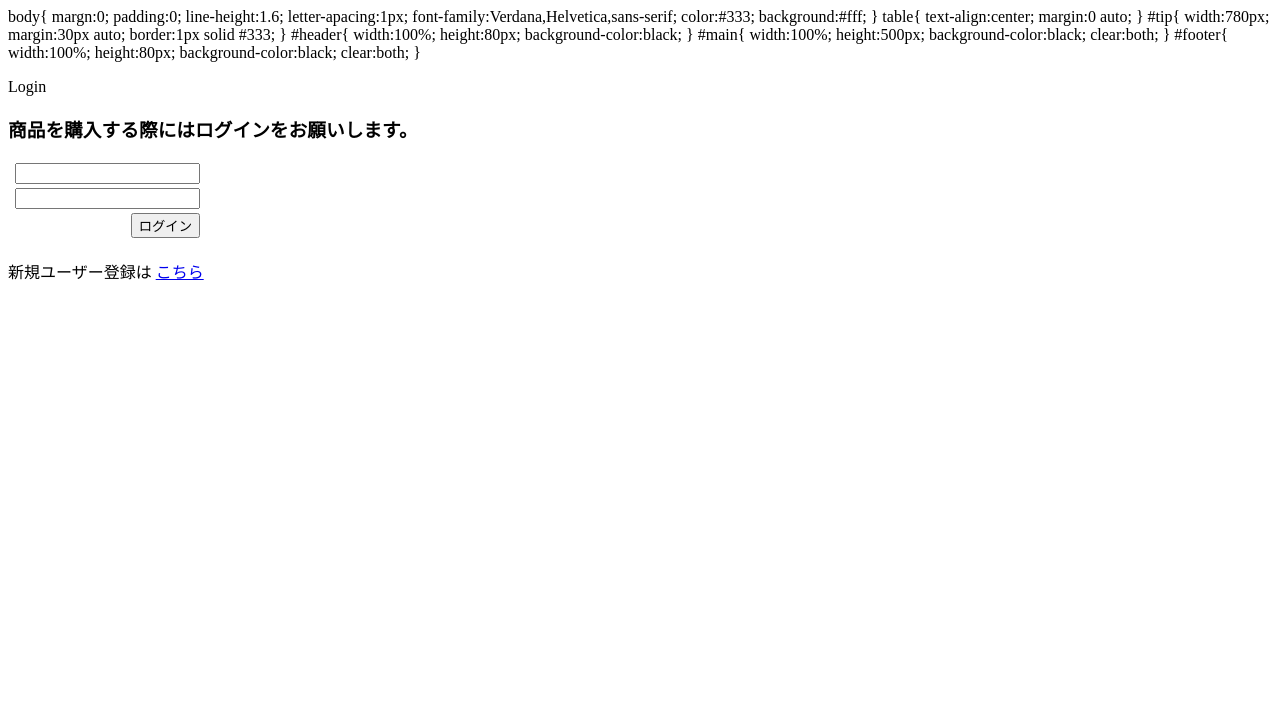
Repository: tatsuya-0/test
Page: http://localhost/template/login.jsp
These files come from the project's save history. The page is drawn as it stood at one moment and after a run of saves; the edit follows.
The browser window is 1280 px wide. The pictures show the whole page.
The page is served by Tomcat 9.

Above is the page before, as saved 2018-03-15 07:11:00.

After the next 2 saves:
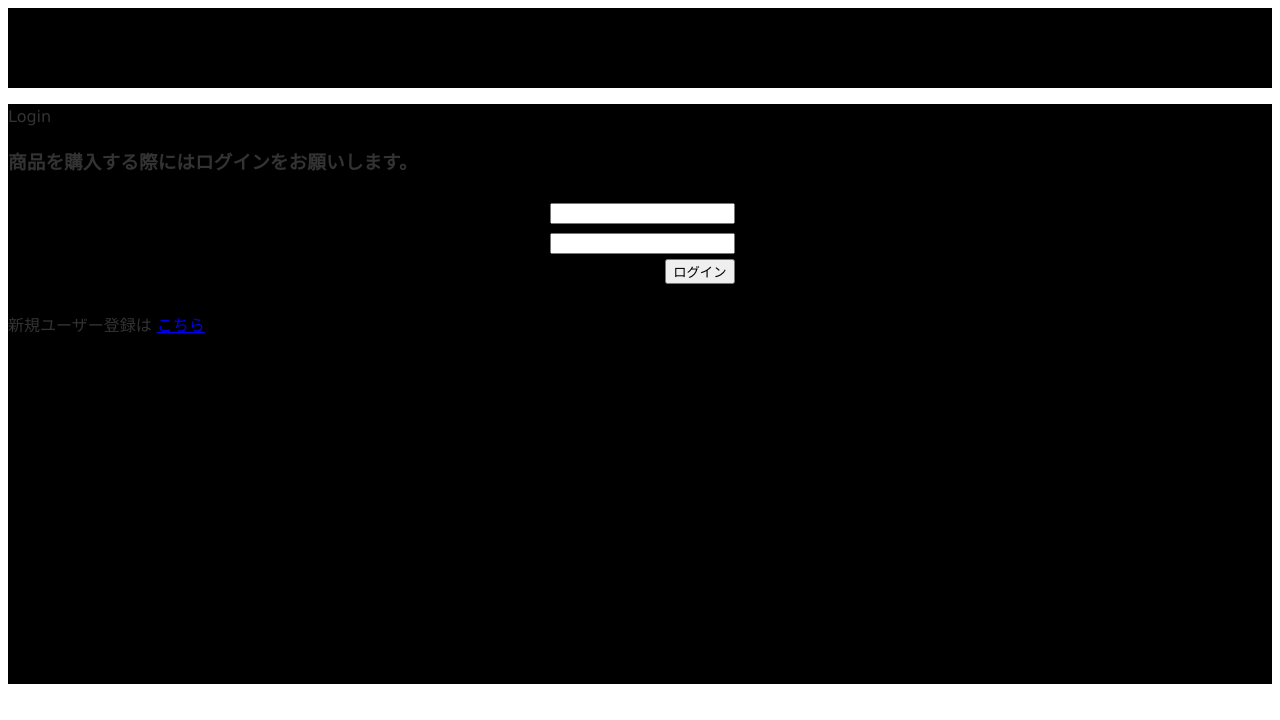
The 2 saves are shown as one change because they came seconds apart.
The last was saved 60 s later.
--- a/template/WebContent/login.jsp
+++ b/template/WebContent/login.jsp
@@ -11,13 +11,48 @@
 <meta name="keyword" content="" />
 <title>Login画面</title>
 
-<syle type="text/css"> body{ margn:0; padding:0; line-height:1.6;
-letter-apacing:1px; font-family:Verdana,Helvetica,sans-serif;
-color:#333; background:#fff; } table{ text-align:center; margin:0 auto;
-} #tip{ width:780px; margin:30px auto; border:1px solid #333; } #header{
-width:100%; height:80px; background-color:black; } #main{ width:100%;
-height:500px; background-color:black; clear:both; } #footer{ width:100%;
-height:80px; background-color:black; clear:both; } </syle>
+<style type="text/css">
+body {
+	margn: 0;
+	padding: 0;
+	line-height: 1.6;
+	letter-apacing: 1px;
+	font-family: Verdana, Helvetica, sans-serif;
+	color: #333;
+	background: #fff;
+}
+
+table {
+	text-align: center;
+	margin: 0 auto;
+}
+
+#tip {
+	width: 780px;
+	margin: 30px auto;
+	border: 1px solid #333;
+}
+
+#header {
+	width: 100%;
+	height: 80px;
+	background-color: black;
+}
+
+#main {
+	width: 100%;
+	height: 500px;
+	background-color: black;
+	clear: both;
+}
+
+#footer {
+	width: 100%;
+	height: 80px;
+	background-color: black;
+	clear: both;
+}
+</style>
 </head>
 <body>
 
